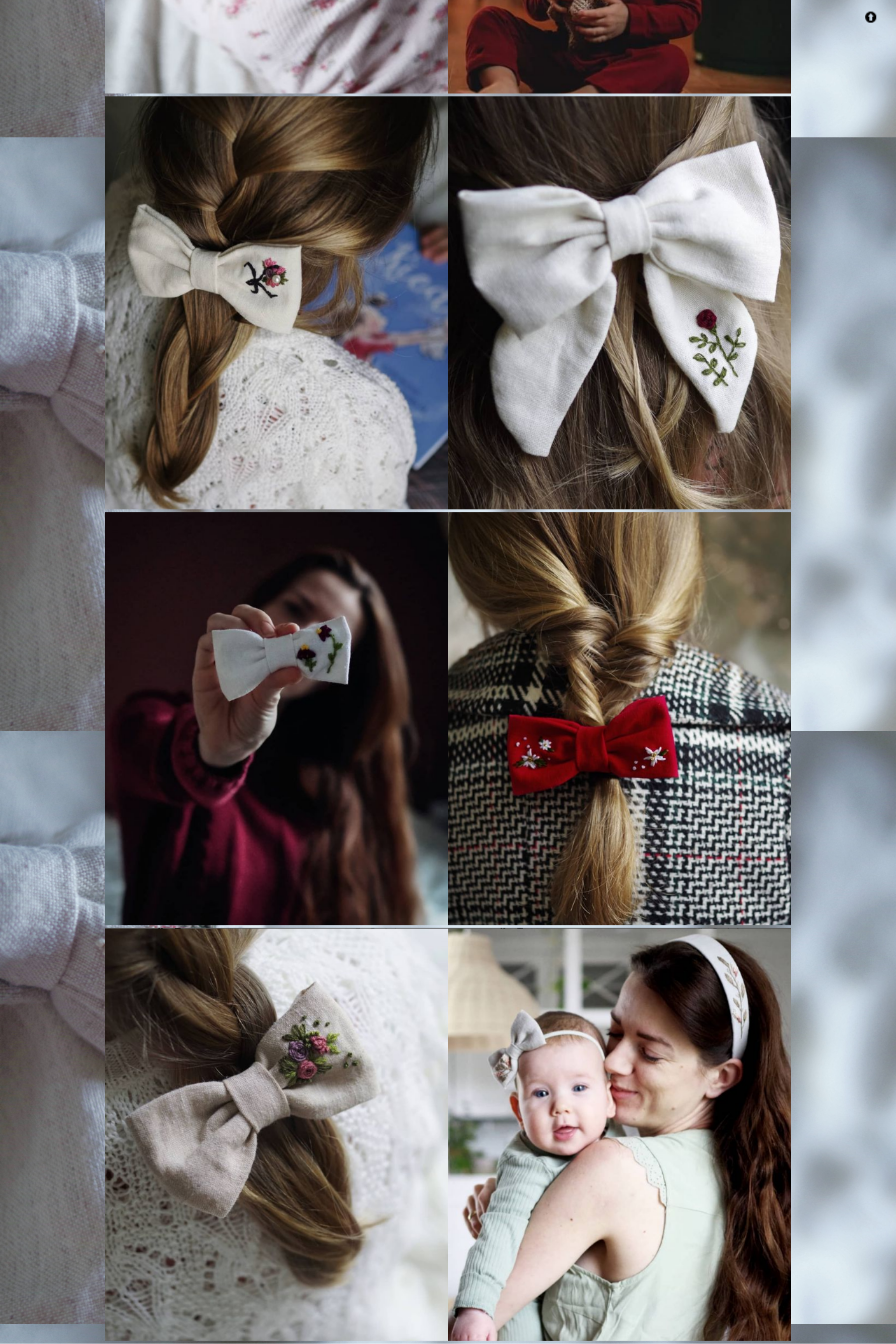
Repository: kowalkos/Rak_projekt
Page: /galeria
These files come from the project's save history. The page is drawn as it stood at one moment and after a run of saves; the edit follows.
The browser window is 1280 px wide. The pictures show the part of the page from y = 651 to 2571 px (the page is 2571 px tall), at 70% of full size.
Backgrounds fixed to the window are drawn as part of the page. The project was rebuilt for these pictures with package versions that can differ from the ones it lists, and the page was loaded fresh each time. Also part of the build but not shown: src/components/produkty/Produkt.css, src/components/produkty/produkt.js, src/components/main/Main.js, src/components/FAQ/Faq.js, src/components/about/About.css, src/components/about/About.js.

Above is the page before, as saved 2022-01-19 14:50:55.

After the next 2 saves:
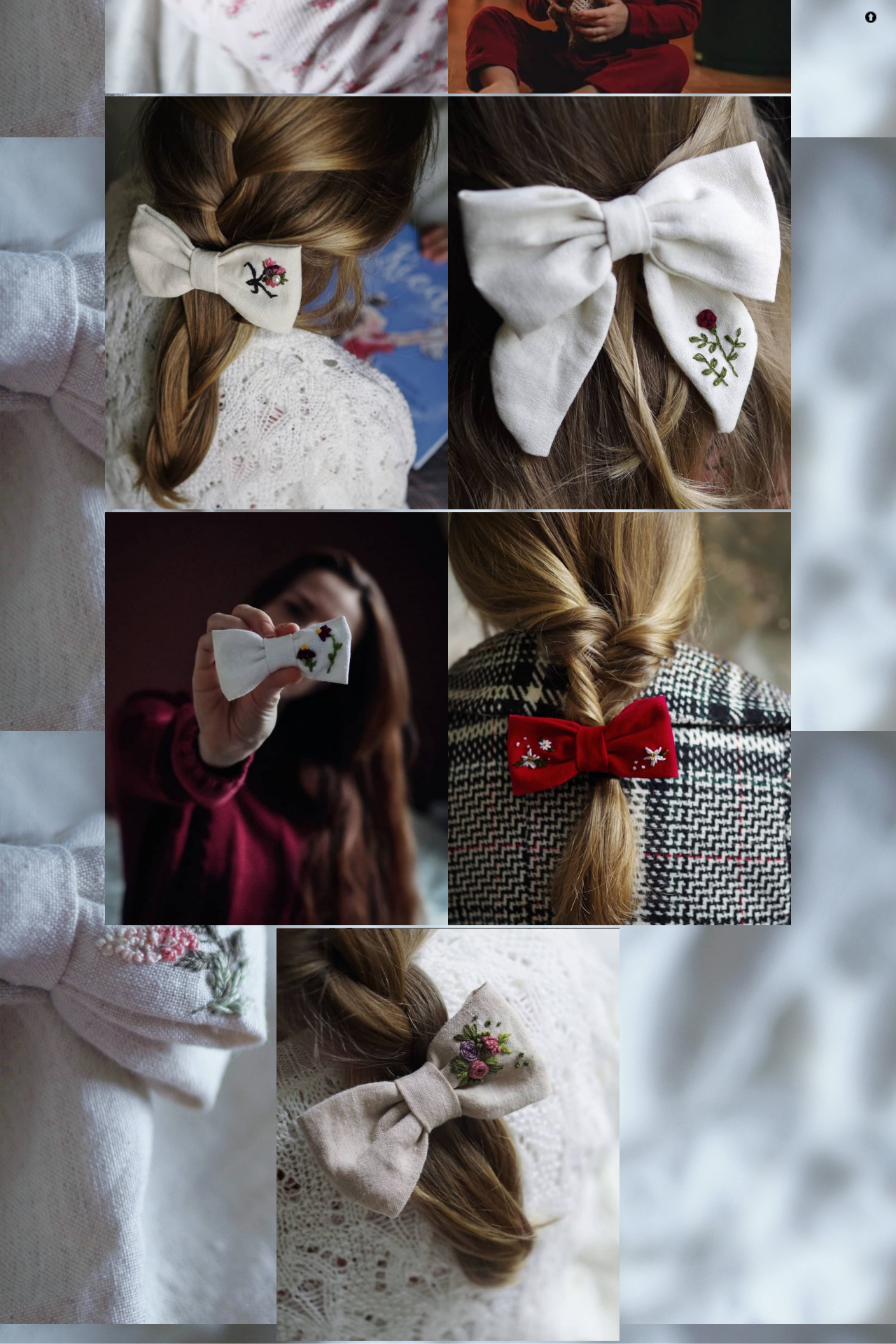
The 2 saves are shown as one change because 1 did not build or start.
The last was saved 15 s later.
--- a/src/components/galeria/Galeria.js
+++ b/src/components/galeria/Galeria.js
@@ -5,7 +5,7 @@ import p4 from '../../img/unknown4.png';
 import p5 from '../../img/unknown5.png';
 import p6 from '../../img/unknown6.png';
 import p7 from '../../img/unknown7.png';
-import p8 from '../../img/unknown8.png';
+//import p8 from '../../img/unknown8.png';
 function Galeria(props){
     return <div className="grid-container">
         <img src={p1}/>
@@ -15,7 +15,7 @@ function Galeria(props){
         <img src={p5}/>
         <img src={p6}/>
         <img src={p7}/>
-        <img src={p8}/>
+        {/* //<img src={p8}/> */}
     </div>;
 }
 export default Galeria;
